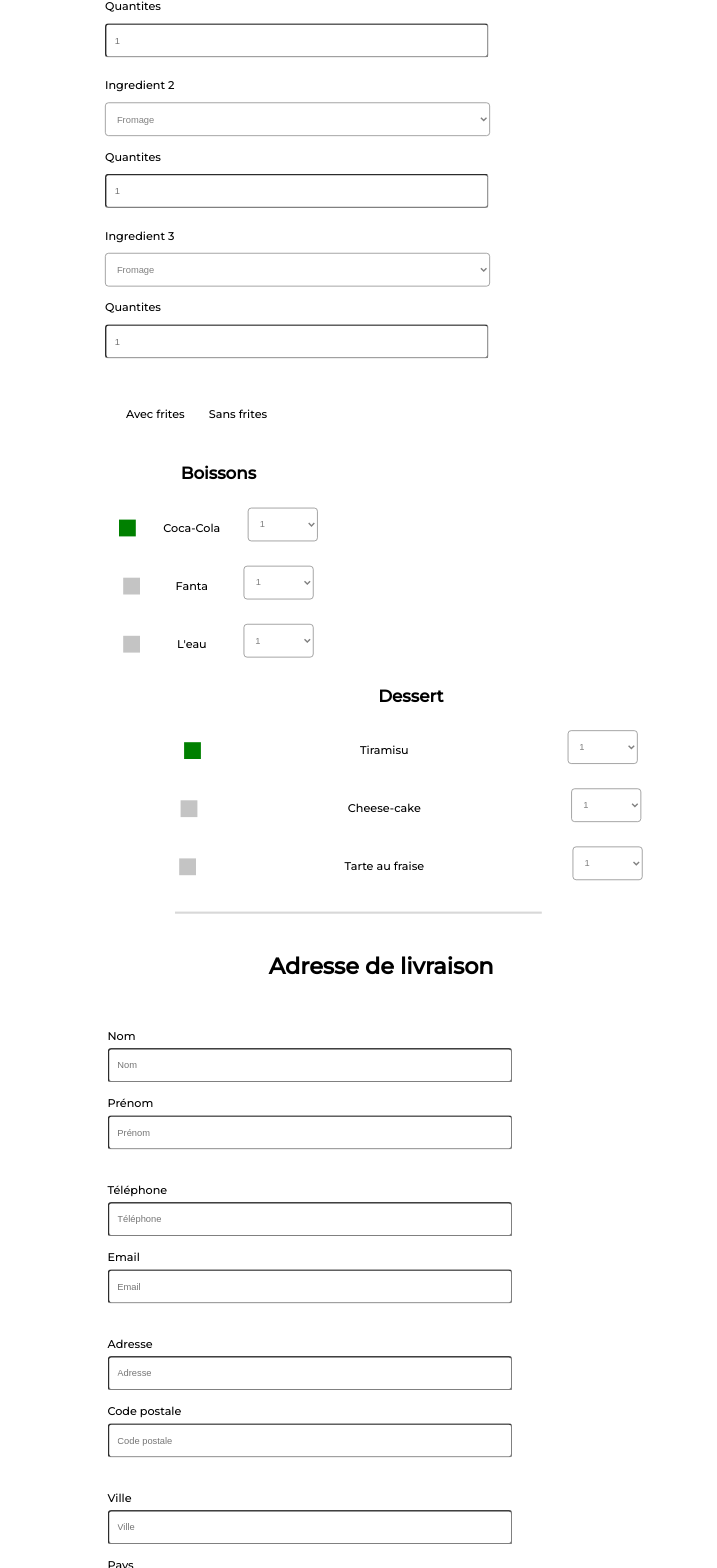
Repository: Ahlam-belhadj/bella-olange
Page: index2.html
The author's editor kept a copy of each file at every save. The page is drawn from the files as they stood at one save, then again after a run of saves.
The browser window is 1024 px wide. The pictures show the part of the page from y = 1986 to 4226 px (the page is 4501 px tall), at 70% of full size.

Above is the page before, as saved 2023-02-14 15:14:53.

### index2.html
<!DOCTYPE html>
<html lang="en">

<head>
    <meta charset="UTF-8">
    <meta http-equiv="X-UA-Compatible" content="IE=edge">
    <meta name="viewport" content="width=device-width, initial-scale=1.0">
    <link rel="stylesheet" href="style2.css">
    <title>Bella olanje</title>
</head>

<body>
  <header>
    <nav>
      <div class="logo"><img  class="logo" src="image/logo_bella_olonje.png" alt="logo"></div>
      <ul>
          <li><a href="#" class="nav-link">Home</a></li>
          <li><a href="#" class="nav-link">Pizza</a></li>
          <li><a href="#" class="nav-link">Burgers</a></li>
          <li><a href="#" class="nav-link">Salade</a></li>
          <li><a href="#" class="nav-link">Contact</a></li>

      </ul>
      <div class="icon_navbar">
          <label for="click" class="menu-btn">
            <i class="fas fa-bars"></i>
          </label>
      </div>
    </nav>

    <div class="title">
        <div class="texte">
            <h3>Food app</h3>
            <h1>Chez Bella <br>
                chaque désire s'additionne.</h1>
        </div>
    </div>
</header>




    <main>
      <div class="infos" id="form-infos">
        <form>
          <h1>Vos informations</h1>

          <div class="grp_infos">
            <div class="nom_prenom">
              <div class="label1">
                <label class="label_nom">Nom</label><br>
                <input type="text" placeholder="Nom">
              </div>
              <div class="label1">
                <label class="label_nom">Prénom</label><br>
                <input type="text" placeholder="Prénom">
              </div>
            </div>

            <div class="telephone_email">
              <div class="label1">
                <label class="label_nom">Téléphone</label><br>
                <input type="text" placeholder="Téléphone">
              </div>
              <div class="label1">
                <label class="label_nom">Email</label><br>
                <input type="text" placeholder="Email">
              </div>
            </div>
          </div>
        </form>
      </div>

      <hr>

      <div class="commande">
        <form>
          <h1>Votre commande</h1>
          <h3>Suppléments</h3>
          <div class="grp_suppliment">
            <div class="ingredient_quantite">
              <div class="fromage">
                <label>Ingredient</label><br>
                <select name="ingr" class="suppléments">
                  <option value="fromage">Fromage</option>
                  <option value="fromage">Fromage</option>
                  <option value="fromage">Fromage</option>
                  <option value="fromage">Fromage</option>
                  <option value="fromage">Fromage</option>
                  <option value="fromage">Fromage</option>
                  <option value="fromage">Fromage</option>
                </select>
              </div>
              <div class="box">
                <label>Quantites</label><br>
                <input type="number" min="0" placeholder="1">
              </div>
            </div>

            <div class="ingredient_quantite">
             <div class="fromage">
                <label>Ingredient 1</label><br>
                <select name="ingr" class="suppléments">
                  <option value="fromage">Fromage</option>
                  <option value="fromage">Fromage</option>
                  <option value="fromage">Fromage</option>
                  <option value="fromage">Fromage</option>
                  <option value="fromage">Fromage</option>
                  <option value="fromage">Fromage</option>
                  <option value="fromage">Fromage</option>
                </select>
              </div>
              <div class="box">
                <label>Quantites</label><br>
                <input type="number" min="0" placeholder="1">
              </div>
            </div>

            <div class="ingredient_quantite">
              <div class="fromage">
                <label>Ingredient 2</label><br>
                <select name="ingr" class="suppléments">
                  <option value="fromage">Fromage</option>
                  <option value="fromage">Fromage</option>
                  <option value="fromage">Fromage</option>
                  <option value="fromage">Fromage</option>
                  <option value="fromage">Fromage</option>
                  <option value="fromage">Fromage</option>
                  <option value="fromage">Fromage</option>
                </select>
              </div>
              <div class="box">
                <label>Quantites</label><br>
                <input type="number" min="0" placeholder="1">
              </div>
            </div>

            <div class="ingredient_quantite">
              <div class="fromage">
                <label>Ingredient 3</label><br>
                <select name="ingr" class="suppléments">
                  <option value="fromage">Fromage</option>
                  <option value="fromage">Fromage</option>
                  <option value="fromage">Fromage</option>
                  <option value="fromage">Fromage</option>
                  <option value="fromage">Fromage</option>
                  <option value="fromage">Fromage</option>
                  <option value="fromage">Fromage</option>
                </select>
              </div>
              <div class="box">
                <label>Quantites</label><br>
                <input type="number" min="0" placeholder="1">
              </div>
            </div>
          </div>


          <div class="check2">
            <label class="container">Avec frites
              <input type="radio" checked="checked" name="radio">
              <span class="checkmark"></span>
            </label>
            <label class="container">Sans frites
              <input type="radio" name="radio">
              <span class="checkmark"></span>
            </label>
          </div>


          <div class="all">
            <div class="content_of_boisson">
                <h2>Boissons</h2>
                <div class="boissons">
                    <div class="carre"></div>
                    <label>Coca-Cola</label>
                    <select name="Fromage" class="Fromage" style="margin-top: 10px;">
                      <option value="">1</option>
                      <option value="">2</option>
                      <option value="">3</option>
                      <option value="">4</option>
                    </select>
                </div>
                <div class="boissons">
                    <div class="carre grey"></div>
                    <label>Fanta</label>
                    <select name="Fromage" class="Fromage" style="margin-top: 10px;">
                      <option value="">1</option>
                      <option value="">2</option>
                      <option value="">3</option>
                      <option value="">4</option>
                    </select>
                </div>
                <div class="boissons">
                    <div class="carre grey"></div>
                    <label>L'eau</label>
                    <select name="Fromage" class="Fromage" style="margin-top: 10px;">
                      <option value="">1</option>
                      <option value="">2</option>
                      <option value="">3</option>
                      <option value="">4</option>
                    </select>
                </div>
            </div>

            <div class="content_of_dessert">
                <h2>Dessert</h2>
                <div class="boissons dessert">
                    <div class="carre"></div>
                    <label>Tiramisu</label>
                    <select name="Fromage" class="Fromage" style="margin-top: 10px;">
                        <option value="">1</option>
                        <option value="">2</option>
                        <option value="">3</option>
                        <option value="">4</option>
                    </select>
                </div>
                <div class="boissons dessert">
                    <div class="carre grey"></div>
                    <label>Cheese-cake</label>
                    <select name="Fromage" class="Fromage" style="margin-top: 10px;">
                      <option value="">1</option>
                      <option value="">2</option>
                      <option value="">3</option>
                      <option value="">4</option>
                    </select>
                </div>
                <div class="boissons dessert">
                    <div class="carre grey"></div>
                    <label>Tarte au fraise</label>
                    <select name="Fromage" class="Fromage" style="margin-top: 10px;">
                      <option value="">1</option>
                      <option value="">2</option>
                      <option value="">3</option>
                      <option value="">4</option>
                    </select>
                </div>
            </div>
            </div>
        </form>
      </div>

      <hr>

      <div class="livraison">
        <form>
          <h1>Adresse de livraison</h1>
          <div class="grp_infos">
            <div class="nom_prenom">
              <div class="label1">
                <label class="label_nom">Nom</label><br>
                <input type="text" placeholder="Nom">
              </div>
              <div class="label1">
                <label class="label_nom">Prénom</label><br>
                <input type="text" placeholder="Prénom">
              </div>
            </div>

            <div class="telephone_email">
              <div class="label1">
                <label class="label_nom">Téléphone</label><br>
                <input type="text" placeholder="Téléphone">
              </div>
              <div class="label1">
                <label class="label_nom">Email</label><br>
                <input type="text" placeholder="Email">
              </div>
            </div>
            <div class="nom_prenom">
              <div class="label1">
                <label class="label_nom">Adresse</label><br>
                <input type="text" placeholder="Adresse">
              </div>
              <div class="label1">
                <label class="label_nom">Code postale</label><br>
                <input type="text" placeholder="Code postale">
              </div>
            </div>

            <div class="telephone_email">
              <div class="label1">
                <label class="label_nom">Ville</label><br>
                <input type="text" placeholder="Ville">
              </div>
              <div class="label1">
                <label class="label_nom">Pays</label><br>
                <input type="text" placeholder="Pays">
              </div>
            </div>
          </div>
            <div class="div_button"><button class="button" type="button">Envoyer</button></div>
        </form>

      </div>
    </main>

</body>

</html>

### style2.css
@import url('https://fonts.googleapis.com/css2?family=Montserrat:wght@100;200;500&display=swap');

body {
    font-family: Montserrat, sans-serif;
    margin: auto;
}


.logo {
    height: 80px;
}

nav {
    display: flex;
    height: 80px;
    background: white;
    align-items: center;
    justify-content: space-between;
    padding: 0 50px 0 100px;
    flex-wrap: wrap;
  }

  nav .logo {
    color: #fff;
    font-size: 20px;
    text-transform: uppercase;
    text-decoration: none;
  }

  nav a {
    color: #fff;
    text-decoration: none;
  }

  nav ul {
    display: flex;
    flex-wrap: wrap;
    list-style: none;

  }

  nav ul li {
    margin: 0 5px;
  }

  nav ul li a {
    color: black;
    text-decoration: none;
    font-size: 16px;
    font-weight: 500;
    padding: 8px 15px;
    border-radius: 5px;
    letter-spacing: 1px;
    transition: all 0.3s ease;
  }

  nav .icon_navbar {
    display: flex;
  }



  nav .menu-btn i {
    color: #050505;
    font-size: 22px;
    cursor: pointer;

  }

  input[type="checkbox"] {
    display: none;
  }

  @media (max-width: 1000px) {
    nav {
      padding: 0 40px 0 50px;
    }

    nav .logo {
      color: #fff;
      font-size: 16px;
      text-transform: uppercase;
    }
  }

 @media (max-width: 1250px) {
    nav .menu-btn i {
      display: block;
    }

    #click:checked~.menu-btn i:before {
      content: "\f00d";
    }

    nav ul {
      position: fixed;
      top: 80px;
      right: -100%;
      background: #C81100;
      height: 100vh;
      width: 60%;
      text-align: center;
      display: block;
      transition: all 0.3s ease;
    }

    #click:checked~ul {
      right: 0;
    }

    nav ul li {
      width: 100%;
      margin: 40px 0;
    }

    nav ul li a {
      width: 100%;
      display: block;
      font-size: 20px;
      transition: 0.6s cubic-bezier(0.68, -0.55, 0.265, 1.55);
    }

    #click:checked~ul li a {
      margin-left: 0px;
    }

    nav ul li a.active,
    nav ul li a:hover {
      background: none;
      color: #1E1E1E;
    }
  }
.title {
  background-image: url(image/Rectangle\ 48.png);
  height: 619px;
  background-repeat: no-repeat;
  background-position: center;
  background-size: cover;



}

.texte{
    color: white;
    display: flex;
    align-items: center;
    justify-content: center;
    flex-direction: column;
    text-align: center;
    height: 50%;
}




/*infos*/


.ingredient_quantite{
    display: flex;
    flex-direction:row;
    justify-content: flex-start;
    gap: 10%;
    margin-bottom: 10px;
}


.label1 input {
    width: 250px;
    height: 35px;
    margin-bottom: 20px;
    margin-top: 8px;
    padding: 5px 12px;
    color: grey;
    border-radius: 5px;
    border-color: gray;
}


.infos h1 {
    padding: 85px;
}

hr {
    height: 3px;
    background-color:#d8d8d8;
    border: none;
    margin: 25px 250px 25px;
}

.nom_prenom {
    display: flex;
    justify-content: space-around;
    padding-right: 0px;
    padding-bottom: 28px;
}
.telephone_email {
    display: flex;
    justify-content: space-around;
    padding-right: 0px;
    padding-bottom: 28px;
}

/*infos*/

/*livraison*/

.livraison h1 {
    margin-left: 65px;
    padding-top: 30px;
    padding-bottom: 50px;
}
/*livraison*/

/*commande*/
.suppléments {
    width: 280px;
    height: 48px;
    margin-bottom: 20px;
    margin-top: 15px;
    padding: 5px 12px;
    color: grey;
    border-radius: 5px;
    border-color: gray;
    background-color: #FFFFFF;
}


.commande {
    margin-left: 250px;
}

.commande h1 {
    padding-top: 30px;
}

.commande h3 {
    padding-top: 50px;
    padding-bottom: 42px;
}

.box input {
    width: 250px;
    height: 35px;
    margin-bottom: 20px;
    margin-top: 15px;
    padding: 5px 12px;
    color: grey;
    border-radius: 5px;
    border-color: gray;
}

.boissons_dessert {
    display: flex;
    flex-direction: row;
}

/*commande*/


.div_button {
    padding: 50px 150px 70px 0px;
    display: flex;
    justify-content: flex-end;
}

button {
    border: 0;
    line-height: 2.5;
    width: 120px;
    padding: 0 18px;
    font-size: 18px;
    text-align: center;
    color: #fff;
    border-radius: 20px;
    background-color: #FA4A0C;
    box-shadow: 1px 1px 5px #B73227;
}


/*dessert et boissons*/

.avec, .sans {
    display: flex;
    flex-direction: row;
    justify-content: space-around;
    width: 150px;
    height: 40px;
    align-items: center;
}

.sans_f {
    padding-top: 39px;
    padding-left: 50px;
}
.avec_f {
    padding-left: 10px;
}

.boissons{
    display: flex;
    align-items: center;
    justify-content: space-around;
    /* width: 31rem; */
    padding-top: 5px;
}

.carre {
    width: 24px;
    height: 24px;
    background-color: green;
}

.carre.grey {
    background-color: #C4C4C4;
}

.all {
    display: flex;
}

.content_of_dessert {
    margin-left: 186px;
}

.Fromage {
    padding: 7px;
    border-radius: 5px;
    width: 280px;
    height: 48px;
    margin-bottom: 20px;
    margin-top: 8px;
    padding: 5px 12px;
    color: grey;
    border-radius: 5px;
    border-color: gray;
    background-color: #FFFFFF;
}
/*dessert et boissons*/


/*checkbox*/
.check2 {
    padding-top: 40px;
    padding-bottom: 40px;
}
.container {
    padding-left: 30px;
    margin-bottom: 12px;
    cursor: pointer;
    font-size: 16px;


  }

  .container input {
    position: absolute;
    opacity: 0;
    cursor: pointer;
  }

  .checkmark {
    position: absolute;
    top: 0;
    left: 0;
    height: 21px;
    width: 21px;
    background-color: rgba(176, 176, 176, 0.677);
    border-radius: 50%;
}




  .container input:checked  .checkmark {
    background-color: #2e3983;
  }

  .checkmark:after {
    position: absolute;
    display: none;
  }

  .container input:checked ~ .checkmark:after {
    display: block;
  }

  .container .checkmark:after {
       top: 9px;
      left: 9px;
      width: 8px;
      background: white;
  }
/*checkbox*/

@media (max-width:650px) {
  .nom_prenom {
      display: flex;
      flex-direction: column;
      padding-left: 15%;
  }

  .telephone_email {
      display: flex;
      flex-direction: column;
      padding-left: 15%;
  }

  .ingredient_quantite{
    display: flex;
    flex-direction: column;
  }

  .all{
    display: flex;
    flex-direction: column;
  }

  .content_of_dessert{
    margin-left: 0px;
  }

  .Fromage{
    width: 20px;
  }

  .commande {
    margin-left: 60px;
}


h2{
  text-align: center;
}

h1{
  text-align: center;
}
}

@media screen and (min-width:651px) and (max-width:1199px) {
  .nom_prenom {
    display: flex;
    flex-direction: column;
    padding-left: 15%;
}

.telephone_email {
    display: flex;
    flex-direction: column;
    padding-left: 15%;
}

.ingredient_quantite{
  display: flex;
  flex-direction: column;
}

.all{
  display: flex;
  flex-direction: column;
}

.content_of_dessert{
  margin-left: 0px;
}

.Fromage{
  width: 100px;
}

h2{
  text-align: center;
}
h1{
  text-align: center;
}

.label1 input {
  width: 550px;

}

.suppléments {
  width: 550px;
}


.box input {
  width: 520px;
}

.commande {
  margin-left: 150px;
}
.content_of_boisson {
  padding-right: 550px;
}

.content_of_boisson {
  padding-right: 550px;
}
}

After the next 2 saves:
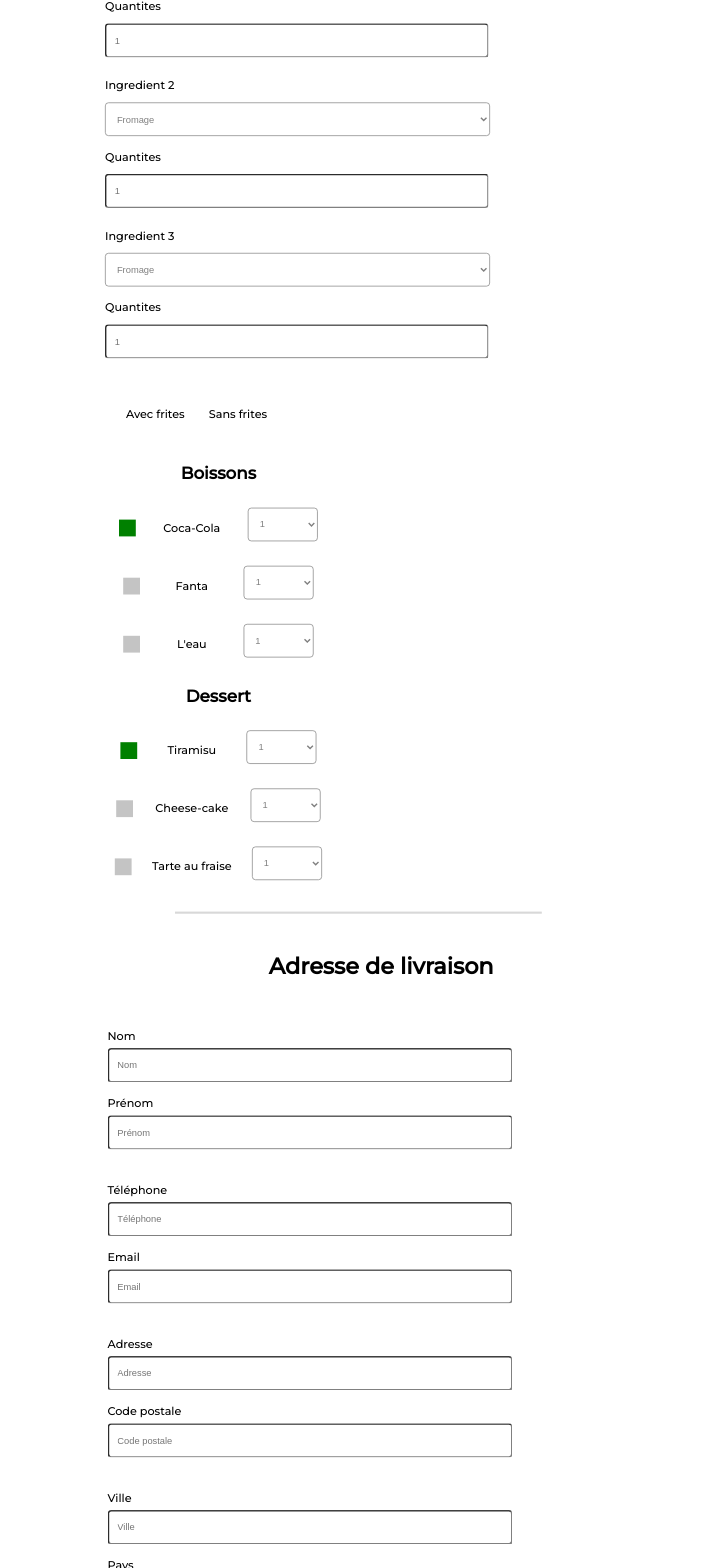
The 2 saves are shown as one change because they came seconds apart.
The last was saved 6 s later.
--- a/style2.css
+++ b/style2.css
@@ -498,7 +498,7 @@ h1{
   padding-right: 550px;
 }
 
-.content_of_boisson {
+.content_of_dessert {
   padding-right: 550px;
 }
 }
